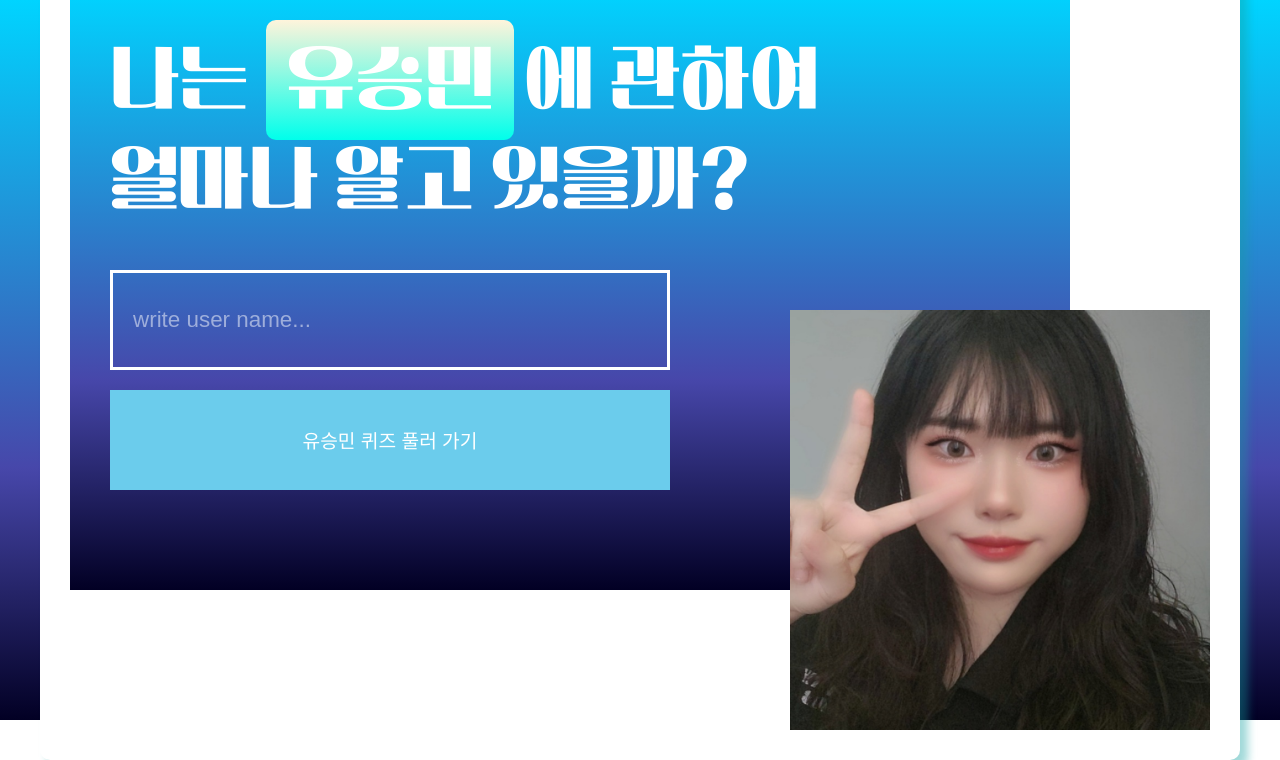
Repository: dnjfht/quiz3
Page: /
These files come from the project's save history. The page is drawn as it stood at one moment and after the next save; the edit follows.
The browser window is 1280 px wide. The pictures show the whole page.
The project was rebuilt for these pictures with package versions that can differ from the ones it lists, and the page was loaded fresh each time. Also part of the build but not shown: src/components/Progress.js, src/components/Quiz.js, src/components/Score.js, src/components/Message.js, src/components/Ranking.js, src/components/NotPage.js.

Above is the page before, as saved 2023-04-15 23:41:23.

### src/index.js
import React from "react";
import ReactDOM from "react-dom/client";
import "./index.css";
import App from "./App";
import reportWebVitals from "./reportWebVitals";
import { BrowserRouter } from "react-router-dom";
import { Provider } from "react-redux";
import store from "./redux/config/configStore";

const root = ReactDOM.createRoot(document.getElementById("root"));
root.render(
  <Provider store={store}>
    <BrowserRouter>
      <App />
    </BrowserRouter>
  </Provider>
);

// If you want to start measuring performance in your app, pass a function
// to log results (for example: reportWebVitals(console.log))
// or send to an analytics endpoint. Learn more: https://bit.ly/CRA-vitals
reportWebVitals();

### src/index.css
body {
  margin: 0;
  font-family: -apple-system, BlinkMacSystemFont, "Segoe UI", "Roboto", "Oxygen",
    "Ubuntu", "Cantarell", "Fira Sans", "Droid Sans", "Helvetica Neue",
    sans-serif;
  -webkit-font-smoothing: antialiased;
  -moz-osx-font-smoothing: grayscale;
}

code {
  font-family: source-code-pro, Menlo, Monaco, Consolas, "Courier New",
    monospace;
}

@font-face {
  font-family: "ddalgifont";
  src: url("./fonts/고령딸기체+TTF.ttf");
}

@font-face {
  font-family: "chabfont";
  src: url("./fonts/chab.ttf");
}

@font-face {
  font-family: "ddagfont";
  src: url("./fonts/ddag.ttf");
}

### src/App.js
import styled from "styled-components";
import Router from "./shared/Router";

const Wrap = styled.div`
  width: 100%;
  height: 100vh;
  background: rgb(2, 0, 36);
  background: linear-gradient(
    0deg,
    rgba(2, 0, 36, 1) 0%,
    rgba(71, 71, 170, 1) 35%,
    rgba(0, 212, 255, 1) 100%
  );

  position: relative;
`;

const ContentWrap = styled.div`
  width: 1200px;
  height: 800px;
  padding: 30px;
  box-sizing: border-box;
  background-color: white;
  border-radius: 10px;
  box-shadow: 8px 8px 8px rgba(21, 159, 161, 0.4);

  position: absolute;
  top: 50%;
  margin-top: -400px;
  left: 50%;
  margin-left: -600px;
`;

function App() {
  return (
    <Wrap>
      <ContentWrap>
        <Router />
      </ContentWrap>
    </Wrap>
  );
}

export default App;

### src/redux/config/configStore.js
import { combineReducers, createStore, applyMiddleware } from "redux";
import thunk from "redux-thunk";
import quiz from "../modules/quiz";
import rank from "../modules/rank";

const middlewares = [thunk];
// 미들웨어들도 하나로 묶어줘야 힘.

const rootReducer = combineReducers({
  quiz: quiz,
  rank: rank,
});

const enhancer = applyMiddleware(...middlewares);
// reducer 말고 옵셔널하게 추가하는 애들의 모음.
// 여기 미들웨어를 적용해 넣을 거임.

const store = createStore(rootReducer, enhancer);
export default store;

### src/shared/Router.js
import React from "react";
import { Routes, Route } from "react-router-dom";
import Start from "../components/Start";
import Quiz from "../components/Quiz";
import Score from "../components/Score";
import Message from "../components/Message";
import Ranking from "../components/Ranking";
import NotPage from "../components/NotPage";

export default function Router() {
  return (
    <>
      <Routes>
        <Route path="/" element={<Start />} />
        <Route path="/quiz" element={<Quiz />} />
        <Route path="/score" element={<Score />} />
        <Route path="/message" element={<Message />} />
        <Route path="/ranking" element={<Ranking />} />
        <Route path="*" element={<NotPage />} />
      </Routes>
    </>
  );
}

### src/redux/modules/quiz.js
// action value
const ADDUSERANSWER = "add_user_answer";
const RESETUSERANSWER = "reset_user_answer";

// action creator

export const AddUserAnswer = (payload) => {
  return {
    type: ADDUSERANSWER,
    payload: payload,
  };
};

export const ResetUserAnswer = (payload) => {
  return {
    type: RESETUSERANSWER,
    payload: payload,
  };
};

// initialState
const initialState = {
  name: "유승민",
  quiz_list: [
    {
      image: "assets/1.png",
      quiz: "승민의 mbti는 intj다?",
      answer: false,
    },
    {
      image: "assets/2.png",
      quiz: "승민은 공감을 잘해주는 사람을 좋아한다?",
      answer: true,
    },
    {
      image: "assets/3.png",
      quiz: "승민은 사람들이랑 대화하고 알아가는 것을 즐긴다?",
      answer: true,
    },
    {
      image: "assets/4.png",
      quiz: "승민은 자기개발하는걸 좋아한다?",
      answer: true,
    },
    {
      image: "assets/5.png",
      quiz: "승민의 관심있을 때 하는 행동은 선톡을 하는 것이다?",
      answer: true,
    },
    {
      image: "assets/6.png",
      quiz: "승민은 불같은 연애보다 서로 믿고 의지할 수 있는 연애를 선호한다?",
      answer: true,
    },
    {
      image: "assets/7.png",
      quiz: "승민은 계획을 세우고 차근차근 계획에 옮기는걸 선호한다?",
      answer: true,
    },
    {
      image: "assets/8.png",
      quiz: "승민은 놀이기구 타는 것을 좋아한다?",
      answer: false,
    },
    {
      image: "assets/9.png",
      quiz: "승민은 고1 때부터 흡연을 했다?",
      answer: false,
    },
    {
      image: "assets/10.png",
      quiz: "승민은 소개팅을 나간 적이 있다?",
      answer: false,
    },
    {
      image: "assets/11.png",
      quiz: "승민은 소개팅과 같은 인위적인 만남을 좋아한다?",
      answer: false,
    },
    {
      image: "assets/12.png",
      quiz: "승민은 연인과 갈등이 있을 때 대화로 푸는 것을 선호한다?",
      answer: true,
    },
    {
      image: "assets/13.png",
      quiz: "승민은 연애할 때 항상 상대방의 기분이 우선이다?",
      answer: true,
    },
    {
      image: "assets/14.png",
      quiz: "승민은 좋아하는 사람에게 선물주는 것을 좋아한다?",
      answer: true,
    },
    {
      image: "assets/15.png",
      quiz: "승민은 감수성이 풍부해서 슬픈 영화나 만화를 보고 잘 운다?",
      answer: true,
    },
    {
      image: "assets/16.png",
      quiz: "승민은 본래 무뚝뚝한 성격이다?",
      answer: true,
    },
    {
      image: "assets/17.png",
      quiz: "승민의 노래방 18번곡은 나비무덤이다?",
      answer: false,
    },
    {
      image: "assets/18.png",
      quiz: "승민은 핫플을 돌아다니면서 맛집 탐방을 하고 사진 찍는 데이트를 선호한다?",
      answer: true,
    },
    {
      image: "assets/19.png",
      quiz: "승민은 연애할 때 꽃이나 편지 받는걸 좋아한다?",
      answer: true,
    },
    {
      image: "assets/20.png",
      quiz: "승민은 번호를 따인 적이 있다?",
      answer: false,
    },
  ],
  user_answer: [],
  result_text: {
    40: "나랑 친하지 않은가보군?😑",
    60: "나랑 좀 더 친해져야겠다🙃",
    80: "내적 친밀감 80퍼센트!😎",
    100: "뭐야, 넌 내 소울메이트...!?💖",
  },
};

// reducer

const quiz = (state = initialState, action) => {
  switch (action.type) {
    case ADDUSERANSWER: {
      const newUserAnswer = [...state.user_answer, action.payload];
      return { ...state, user_answer: newUserAnswer };
    }
    case RESETUSERANSWER: {
      return { ...state, user_answer: [] };
    }
    default:
      return state;
  }
};

export default quiz;

### src/redux/modules/rank.js
import { db } from "../../firebase";
import {
  collection,
  getDocs,
  addDoc,
  doc,
  updateDoc,
  deleteDoc,
  getDoc,
} from "firebase/firestore";

// action value
const ADDUSERNAME = "add_user_name";
const GETRANK = "get_rank";
const ADDRANK = "add_rank";

// action creator
export const GetRank = (payload) => {
  return {
    type: GETRANK,
    payload: payload,
  };
};

export const AddUserName = (payload) => {
  return {
    type: ADDUSERNAME,
    payload: payload,
  };
};

export const AddRank = (payload) => {
  return {
    type: ADDRANK,
    payload: payload,
  };
};

export const loadQuizFB = () => {
  return async function (dispatch) {
    const quiz_data = await getDocs(collection(db, "quiz"));
    console.log(quiz_data);

    let quiz_list = [];

    quiz_data.forEach((doc) => {
      console.log(doc.data());
      quiz_list.push({ id: doc.id, ...doc.data() });
    });

    console.log(quiz_list);

    dispatch(GetRank(quiz_list));
  };
};

export const addQuizFB = (payload) => {
  return async function (dispatch) {
    const docRef = await addDoc(collection(db, "quiz"), payload);
    // const _quiz = await getDoc(docRef);
    // const quiz = { id: _quiz.id, ..._quiz.data() };
    // dispatch(AddRank(quiz));

    // 추가한 데이터 중 id를 가져와서 bucket_data 만들기.
    // const bucket_data = { id: docRef.id, ...payload };
    // // 마지막으로 액션 일으키기 (수정해달라고 요청)
    // dispatch(createWidget(bucket_data));
  };
};

// initialState
const initialState = {
  user_name: "",
  rank: [
    // { score: 100, name: "방가방가", comment: "다들 잘생겼다" },
    // { score: 40, name: "이하늘", comment: "너무 어려운데..." },
    // { score: 60, name: "오하요~!", comment: "잘 생긴 사람이 곧 이상형" },
  ],
};

// reducer
const rank = (state = initialState, action) => {
  switch (action.type) {
    case GETRANK: {
      console.log(action.payload);
      return { ...state, rank: action.payload };
    }
    case ADDUSERNAME: {
      return { ...state, user_name: action.payload };
    }
    case ADDRANK: {
      const new_rank_data = [...state.rank, action.payload];
      return { ...state, rank: new_rank_data };
    }
    default:
      return state;
  }
};
export default rank;

### src/components/Start.js
import React from "react";
import styled from "styled-components";
import { useRef } from "react";
import { useDispatch, useSelector } from "react-redux";
import { useNavigate } from "react-router-dom";
import { AddUserName } from "../redux/modules/rank";

const Wrap = styled.div`
  width: 100%;
  height: 100%;
`;

const Square = styled.div`
  width: 1000px;
  height: 600px;
  padding: 40px;
  box-sizing: border-box;
  background: rgb(2, 0, 36);
  background: linear-gradient(
    0deg,
    rgba(2, 0, 36, 1) 0%,
    rgba(71, 71, 170, 1) 35%,
    rgba(0, 212, 255, 1) 100%
  );
  display: flex;
  flex-direction: column;
  align-items: flex-start;

  position: relative;
`;

const Title = styled.h3`
  margin: 0;

  font-family: "ddagfont";
  font-size: 4.6rem;
  font-weight: lighter;
  color: #fff;

  & > span {
    margin-right: 10px;
    padding: 10px 20px;
    background: rgb(0, 255, 235);
    background: linear-gradient(
      0deg,
      rgba(0, 255, 235, 1) 0%,
      rgba(255, 244, 219, 1) 100%
    );
    border-radius: 10px;
  }
`;

const ImgWrap = styled.img`
  width: 420px;
  height: 420px;

  position: absolute;
  bottom: -140px;
  right: -140px;
`;

const UserNameInput = styled.input`
  width: 560px;
  height: 100px;
  margin-top: 40px;
  padding: 20px;
  box-sizing: border-box;
  background-color: transparent;
  border: 3px solid #fff;

  color: white;
  font-size: 1.4rem;

  outline: none;

  &::placeholder {
    color: rgba(255, 255, 255, 0.5);
  }
`;

const Button = styled.button`
  width: 560px;
  height: 100px;
  margin-top: 20px;
  background-color: #6bccec;
  border: none;

  font-size: 1.2rem;
  color: white;

  transition: all 0.5s;

  &:hover {
    background-color: white;
    border: 3px solid #1eaddb;

    color: #1eaddb;
    font-weight: 400;

    cursor: pointer;
  }
`;

export default function Start() {
  const dispatch = useDispatch();
  const navigate = useNavigate();

  const name = "유승민";

  const randomNumber = Math.floor(Math.random() * 10) + 10;

  const userNameInputRef = useRef(null);

  const handleAddUserName = (event) => {
    event.preventDefault();

    dispatch(AddUserName(userNameInputRef.current.value));

    userNameInputRef.current.value = "";

    navigate("/quiz");
  };

  const quiz_list = useSelector((state) => state.quiz.quiz_list);

  return (
    <Wrap>
      <Square>
        <Title>
          나는 <span>{name}</span>에 관하여
          <br />
          얼마나 알고 있을까?
        </Title>

        <ImgWrap
          src={process.env.PUBLIC_URL + `${quiz_list[randomNumber].image}`}
        />

        <UserNameInput
          type="text"
          placeholder="write user name..."
          ref={userNameInputRef}
        />

        <Button onClick={handleAddUserName}>{`${name} 퀴즈 풀러 가기`}</Button>
      </Square>
    </Wrap>
  );
}

### src/firebase.js
// Import the functions you need from the SDKs you need
import { initializeApp } from "firebase/app";
import { getFirestore } from "firebase/firestore";
// TODO: Add SDKs for Firebase products that you want to use
// https://firebase.google.com/docs/web/setup#available-libraries

// Your web app's Firebase configuration
// For Firebase JS SDK v7.20.0 and later, measurementId is optional
const firebaseConfig = {
  apiKey: "AIzaSyAQCzx3TeRMhfQ14uI1xPuxKIeyOukr2zs",
  authDomain: "seungmin-s-quiz2.firebaseapp.com",
  projectId: "seungmin-s-quiz2",
  storageBucket: "seungmin-s-quiz2.appspot.com",
  messagingSenderId: "764474150624",
  appId: "1:764474150624:web:e3932df48db64f86c44a85",
  measurementId: "G-NK0EYYQQFF",
};

// Initialize Firebase
const app = initializeApp(firebaseConfig);
export const db = getFirestore(app);

Loaded but not shown: public/index.html (common file); src/reportWebVitals.js (common file)

After the next save:
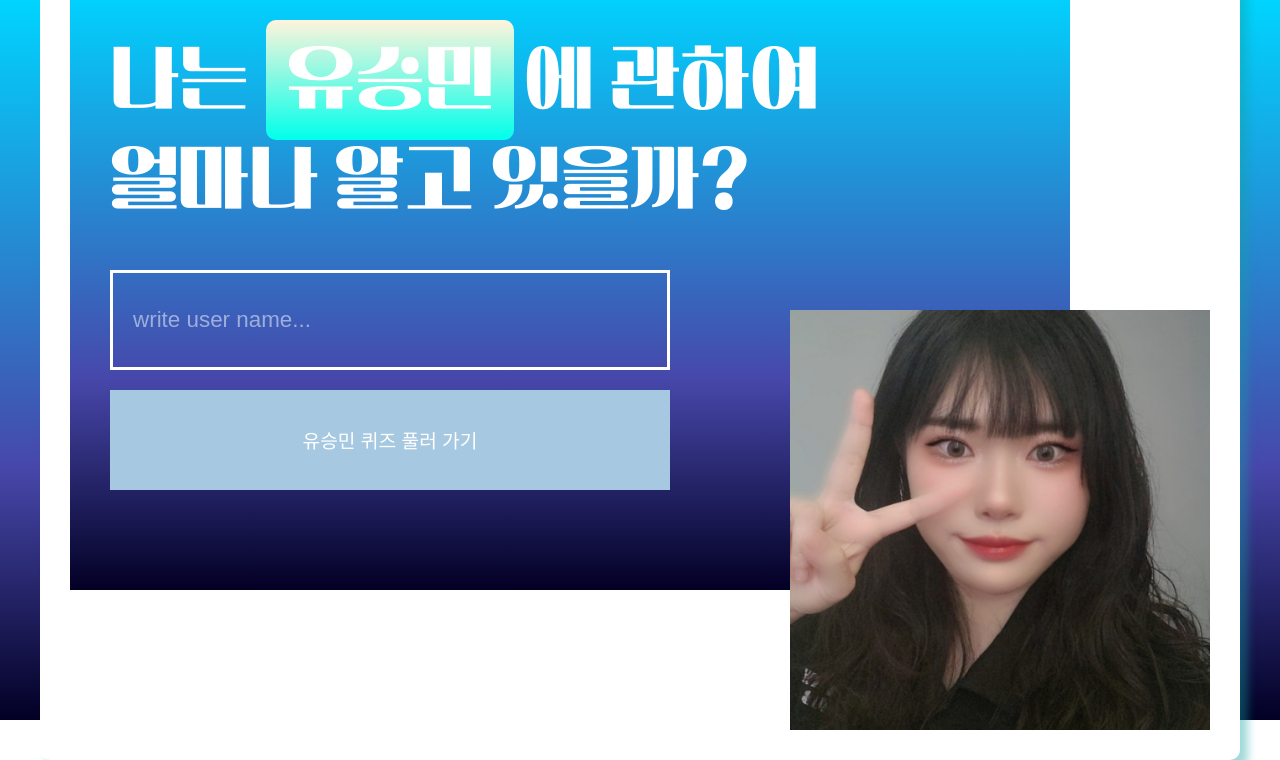
Saved 37 s later.
--- a/src/components/Start.js
+++ b/src/components/Start.js
@@ -82,7 +82,7 @@ const Button = styled.button`
   width: 560px;
   height: 100px;
   margin-top: 20px;
-  background-color: #6bccec;
+  background-color: #a6c9e1;
   border: none;
 
   font-size: 1.2rem;
